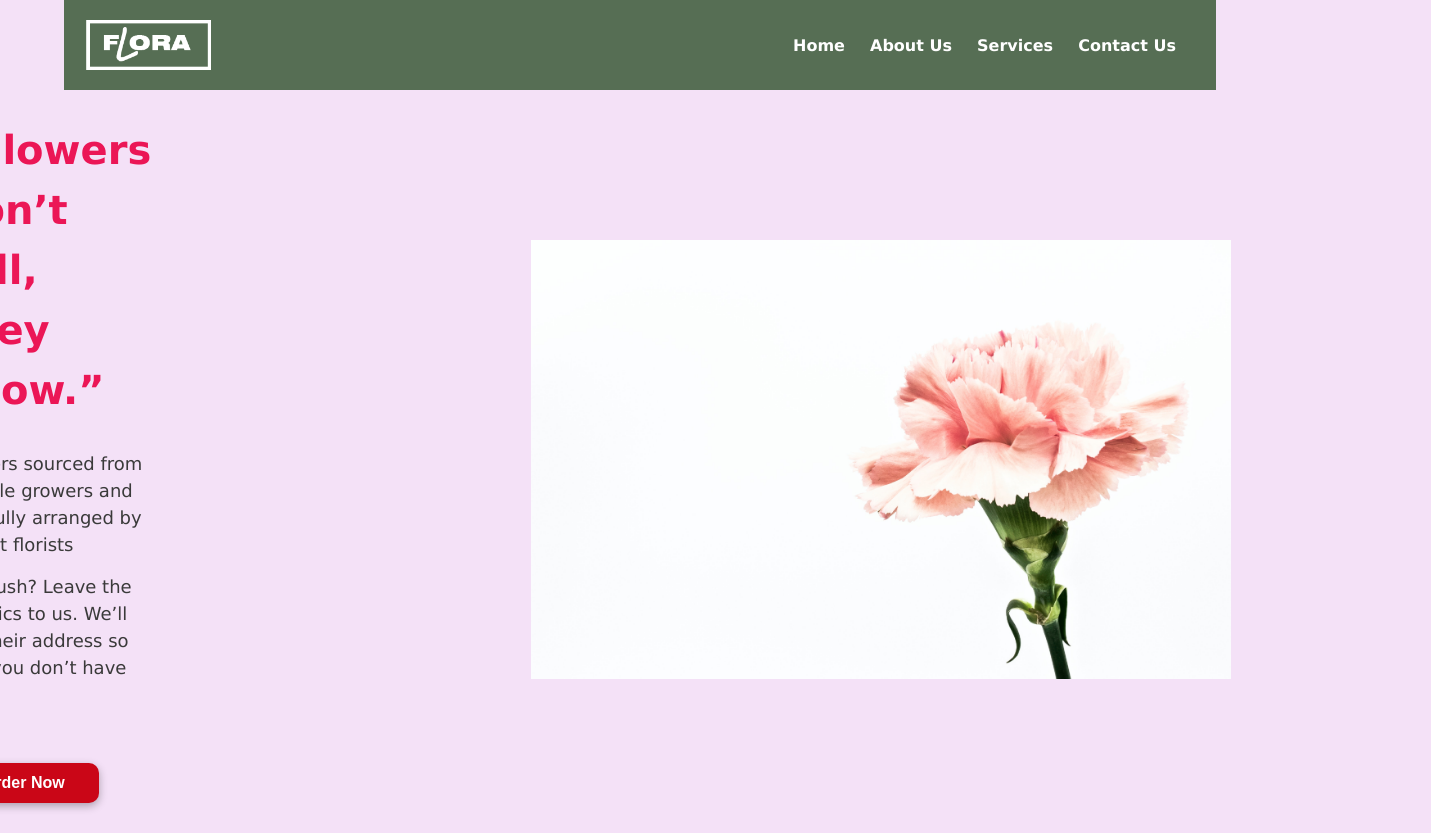
Repository: SaadYasin/test003-flex-box
Page: index.html
An editor plug-in stored every save of this project. The page is shown before and after a run of saves, followed by the edit.
The browser window is 1280 px wide. The page is 1431 px wide, so the pictures cover 1431 px, including what lies to the right of the window. The pictures show the whole page.

Above is the page before, as saved 2022-10-30 12:51:13.

After the next 3 saves:
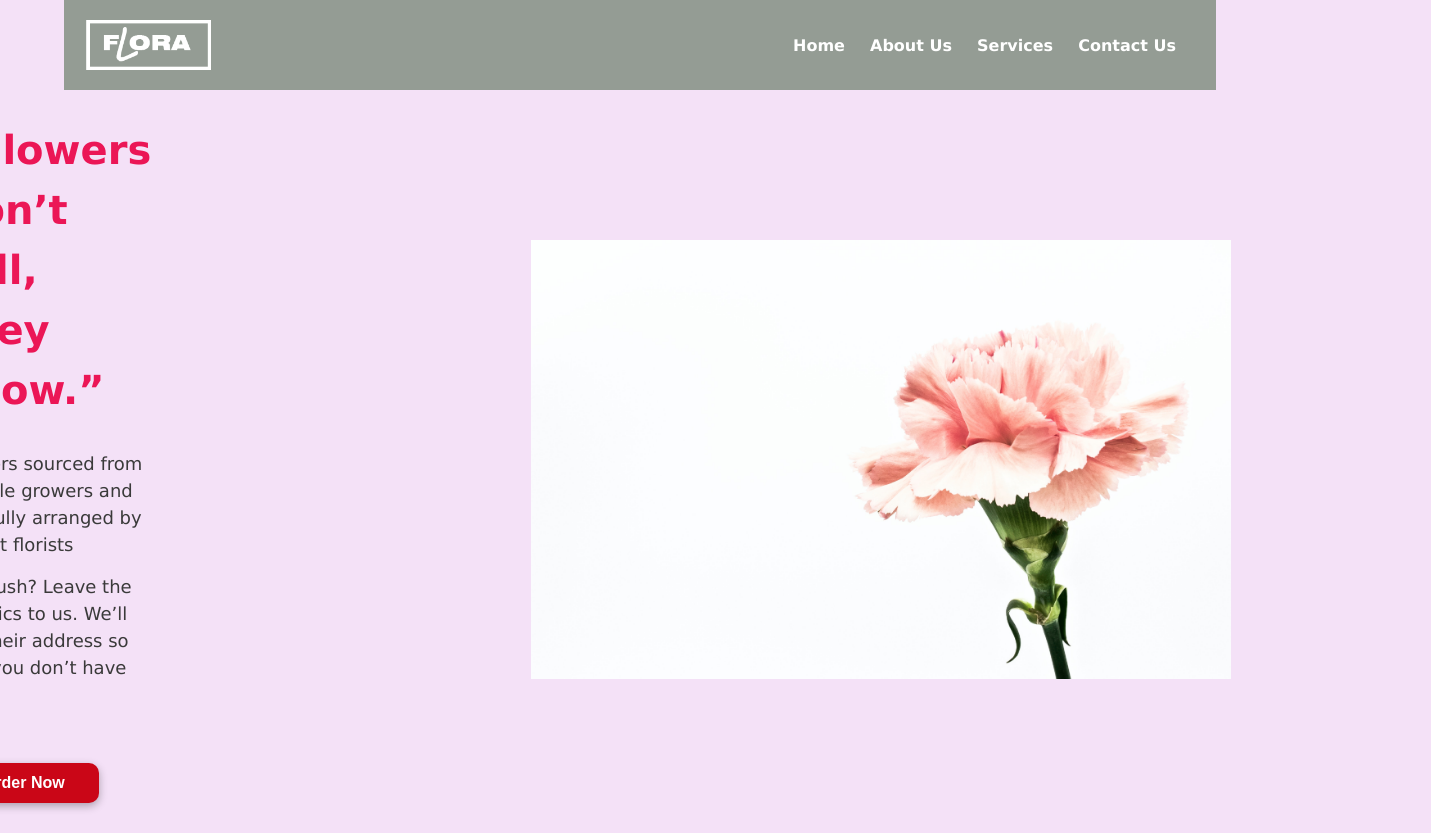
The 3 saves are shown as one change because they came seconds apart.
The last was saved 8 s later.
--- a/styles.css
+++ b/styles.css
@@ -14,7 +14,7 @@ body {
   justify-content: space-between;
   align-items: center;
   width: 90%;
-  background: rgba(86, 110, 84);
+  background: rgba(86, 110, 84, 0.6);
   height: 90px;
   padding: 20px;
   margin: 0 auto;
